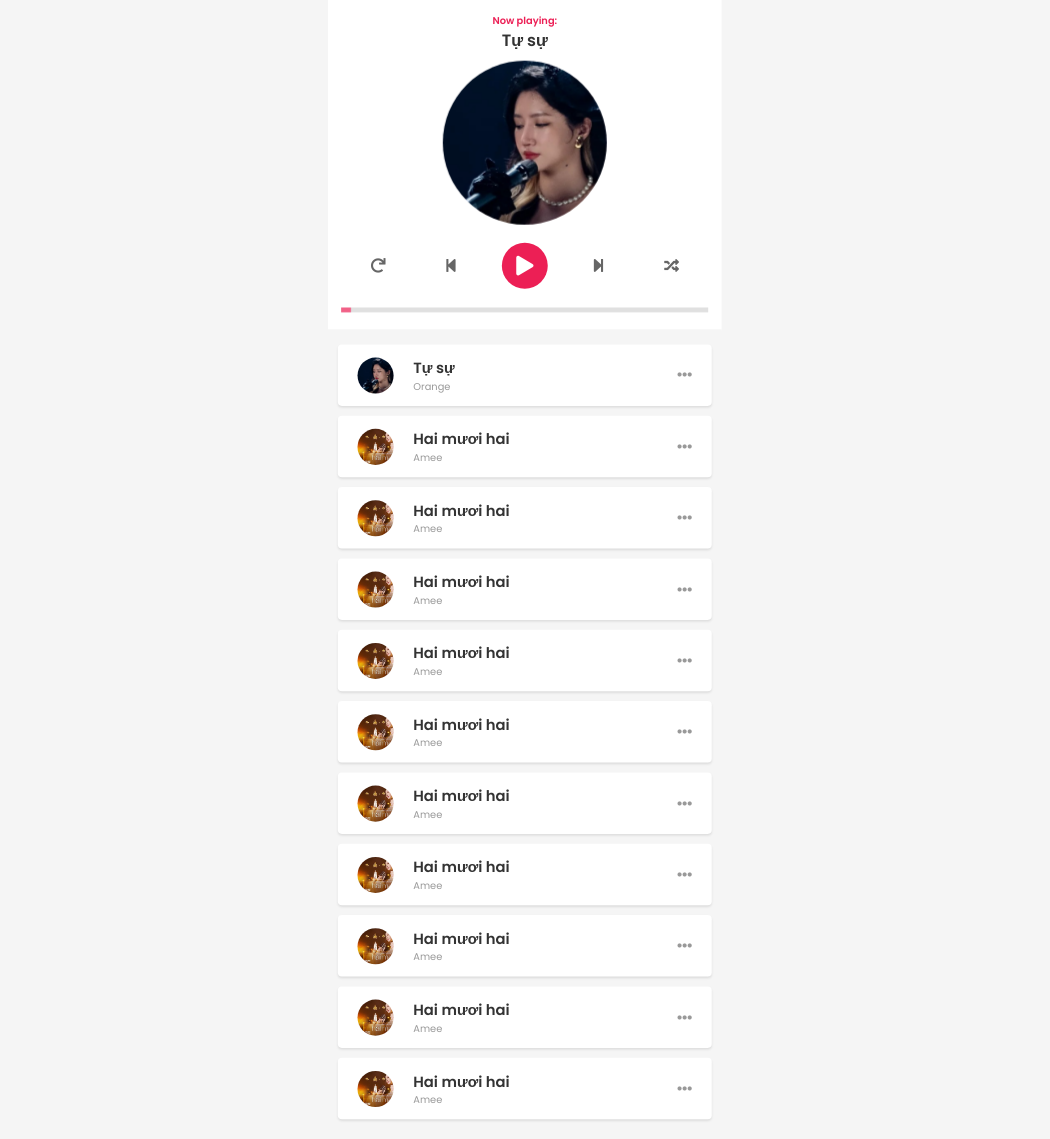
Repository: tannv3201/learn_JS_F8
Page: Example/Music player/index.html
The author's editor kept a copy of each file at every save. The page is drawn from the files as they stood at one save, then again after the next save.
The browser window is 1280 px wide. The pictures show the whole page, at 82% of full size.
After loading, the first visible `div.btn-next` was clicked once.

Above is the page before, as saved 2022-08-17 12:42:31.
Console error: ReferenceError: loadCurrentSong is not defined

After the next save:
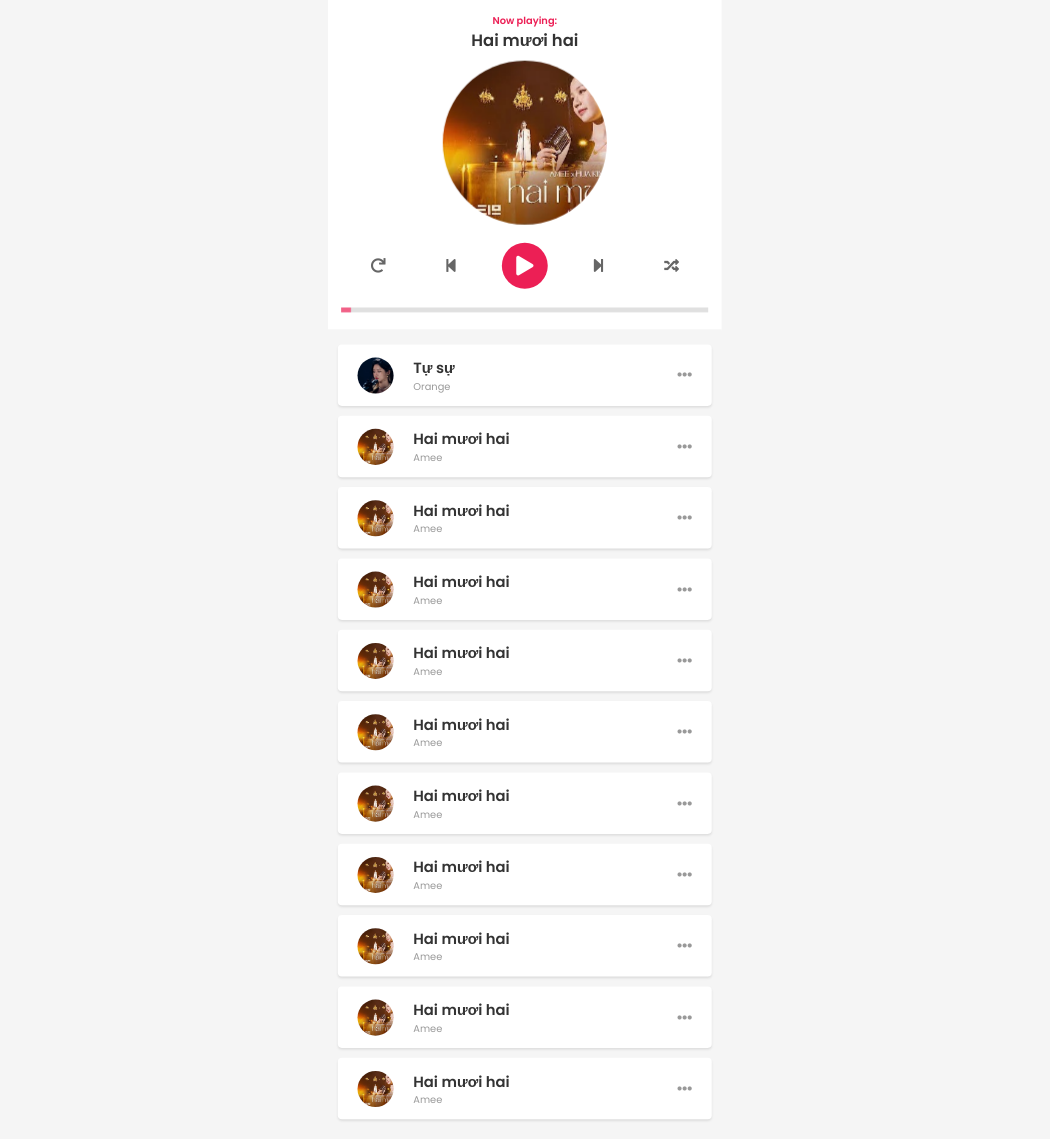
The error is gone.
Saved 55 s later.
--- a/Example/Music player/main.js
+++ b/Example/Music player/main.js
@@ -204,7 +204,7 @@ const app = {
         if (this.currentIndex >= this.songs.length) {
             this.currentIndex = 0;
         }
-        loadCurrentSong();
+        this.loadCurrentSong();
     },
 
     // Phương thức start() để bắt đầu
